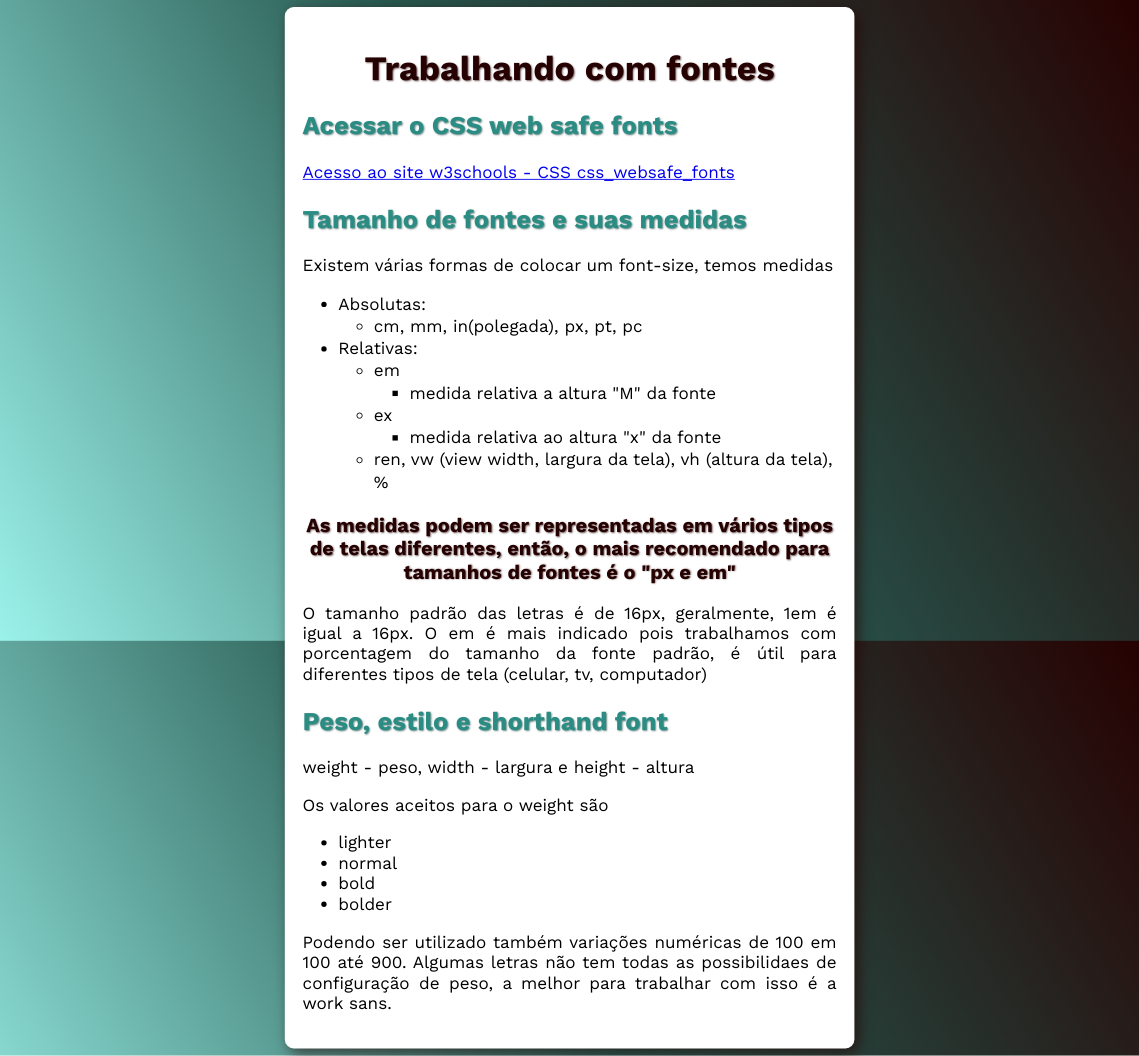
Repository: Willcmorais/vscode-workspace
Page: html-css/curso-em-video/modulo02/estudos/ex022-trab-fontes/fontes.html
The author's editor kept a copy of each file at every save. The page is drawn from the files as they stood at one save, then again after the next save.
The browser window is 1280 px wide. The pictures show the whole page, at 89% of full size.
Backgrounds fixed to the window are drawn as part of the page.

Above is the page before, as saved 2024-09-18 21:08:52.

After the next save:
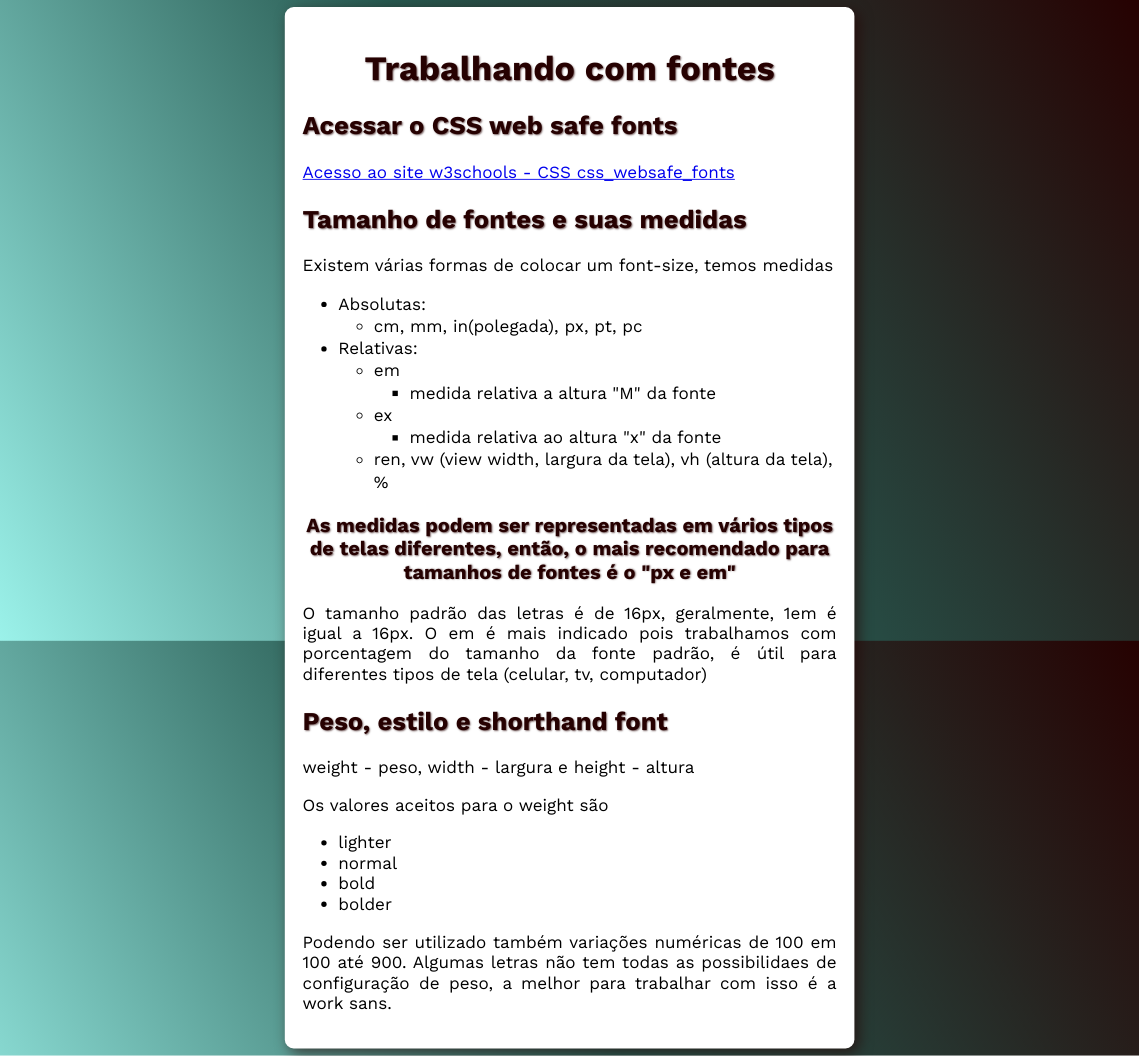
Saved 3 min 31 s later.
--- a/html-css/curso-em-video/modulo02/estudos/ex022-trab-fontes/style.css
+++ b/html-css/curso-em-video/modulo02/estudos/ex022-trab-fontes/style.css
@@ -39,8 +39,8 @@ h1 {
 }
 
 h2 {
-    color: #2A8C82;
-    text-shadow: 1px 1px 2px rgba(21, 70, 65, 0.631);
+    color: #260101;
+    text-shadow: 1px 1px 2px rgba(38, 1, 1, 0.615);
 }
 
 h3 {
